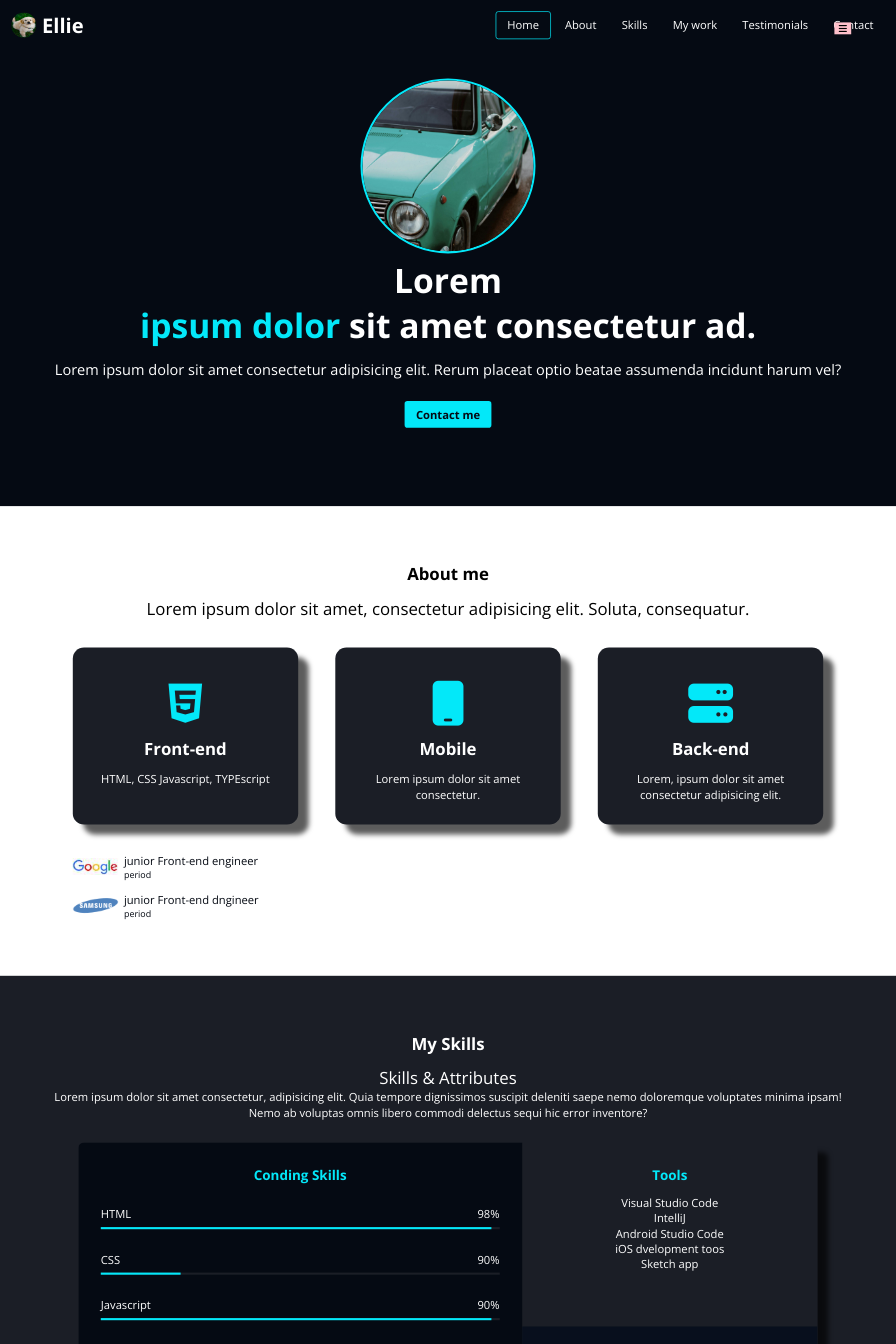
Repository: Arden-Sol/portfolio-website-clone-coding
Page: index.html
The author's editor kept a copy of each file at every save. The page is drawn from the files as they stood at one save, then again after the next save.
The browser window is 1280 px wide. The pictures show the part of the page from y = 0 to 1920 px (the page is 4153 px tall), at 70% of full size.
Some web libraries are served in a nearby version.

Above is the page before, as saved 2024-04-04 23:35:04.

After the next save:
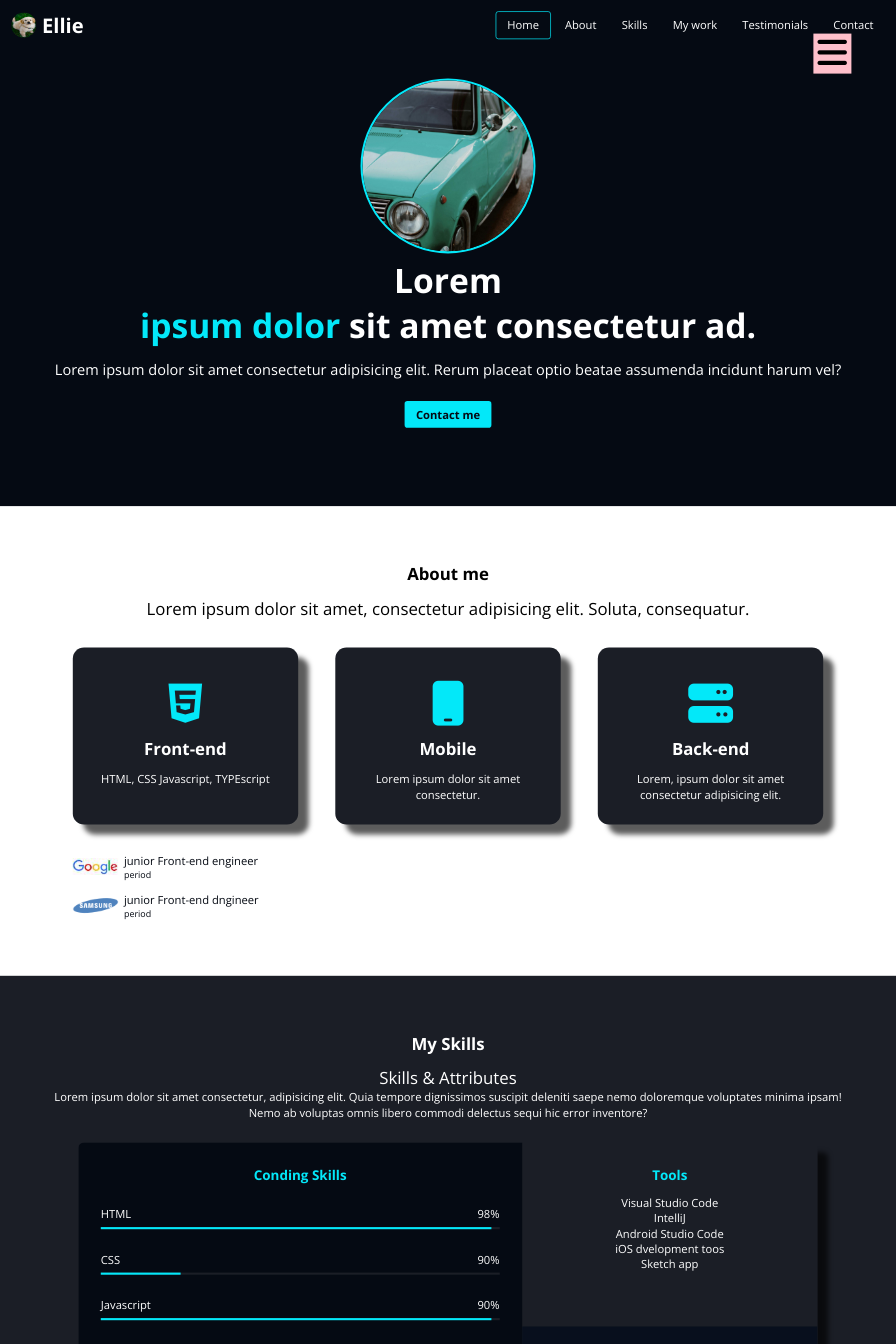
Saved 20 s later.
--- a/css/style.css
+++ b/css/style.css
@@ -117,8 +117,9 @@
 .header__bars{
   background-color: pink;
   position: absolute;
-  top:2rem;
+  top:3rem;
   right:4rem;
+  font-size: 3rem;
 }
 /* Home */
 #home{
